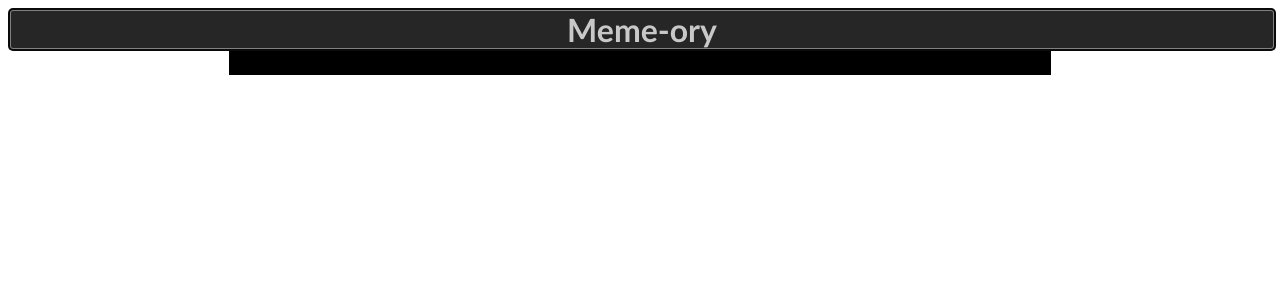
Repository: sk222sw/1dv403-laborationer
Page: 3-gameon/index.html
The author's editor kept a record of every edit. The page is drawn from the files as they stood at one moment, then again after the next edit.
The browser window is 1280 px wide. The pictures show the whole page.

Above is the page before.

After the next edit:
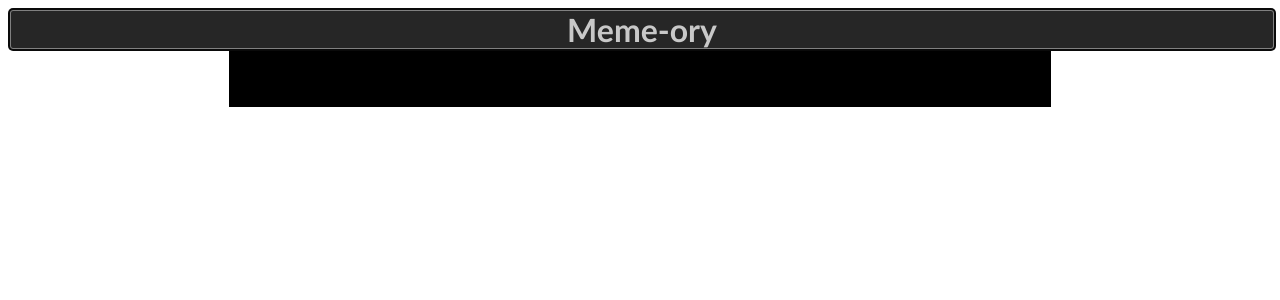
The edit:
--- a/3-gameon/index.html
+++ b/3-gameon/index.html
@@ -15,7 +15,8 @@
                 <section id="memory">
                     <table>
                         <tr>
-                            <td>hej</td>
+                            <td><p>hej</p></td>
+                            <td><p id="arre"></p></td>
                         </tr>
                     </table>
                 </section>
